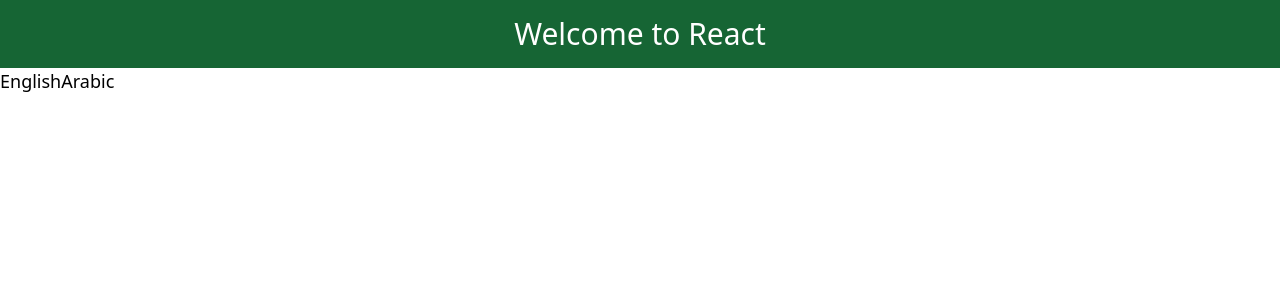
Repository: SaadYasin/react-internationalization
Page: /
An editor plug-in stored every save of this project. The page is shown before and after a run of saves, followed by the edit.
The browser window is 1280 px wide. The pictures show the whole page.
The project was rebuilt for these pictures with package versions that can differ from the ones it lists, and the page was loaded fresh each time. Also part of the build but not shown: vite.config.js.

Above is the page before, as saved 2024-07-18 21:32:16.

After the next 5 saves:
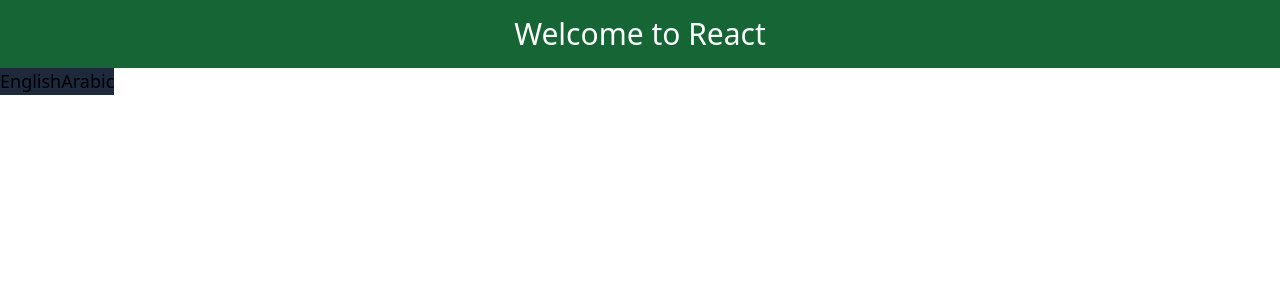
The 5 saves are shown as one change because they came seconds apart.
The last was saved 15 s later.
--- a/src/App.jsx
+++ b/src/App.jsx
@@ -9,8 +9,8 @@
     <>
       <div>
         <h2 className="text-3xl text-center text-white p-4 bg-green-800">{t("Welcome to React")}</h2>
-        <button className="text-[18px] ">English</button>
-        <button className="text-[18px] ">Arabic</button>
+        <button className="text-[18px] bg-slate-800 ">English</button>
+        <button className="text-[18px] bg-slate-800 ">Arabic</button>
 
       </div>
     </>
